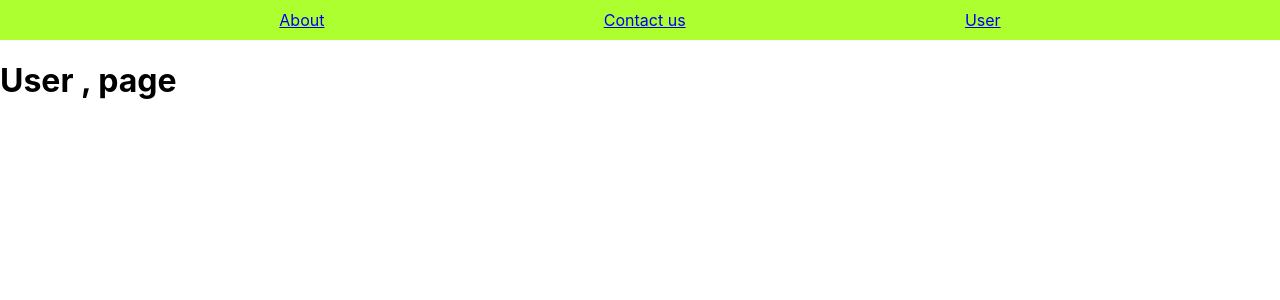
Repository: shah-zx/Pokemon
Page: /user
An editor plug-in stored every save of this project. The page is shown before and after the next save, followed by the edit.
The browser window is 1280 px wide. The pictures show the whole page.
The project was rebuilt for these pictures with package versions that can differ from the ones it lists, and the page was loaded fresh each time. Also part of the build but not shown: src/App.css, src/components/ComA.jsx, src/components/Contact.jsx, src/components/About.jsx.

Above is the page before, as saved 2021-11-21 18:19:51.

After the next save:
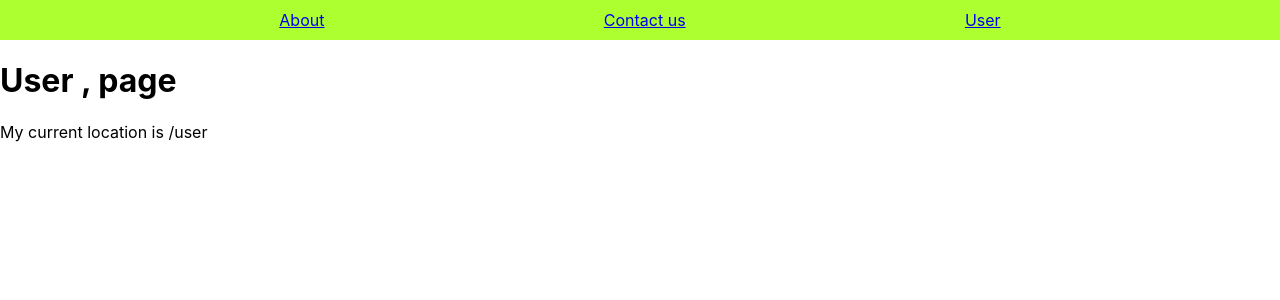
Saved 3 min 59 s later.
--- a/src/components/User.jsx
+++ b/src/components/User.jsx
@@ -1,11 +1,17 @@
 import React from 'react'
-import { useParams , useLocation } from "react-router-dom"
+import { useParams, useLocation } from "react-router-dom"
 
 function User() {
-    const { name , lname } = useParams();
+    const { name, lname } = useParams();
     const location = useLocation();
+
     console.log(location)
-    return <h1>User {name }, {lname} page</h1>
+    return (
+        <>
+            <h1>User {name}, {lname} page</h1>
+            <p>My current location is {location.pathname}</p>
+        </>
+        )
 }
 
 export default User
